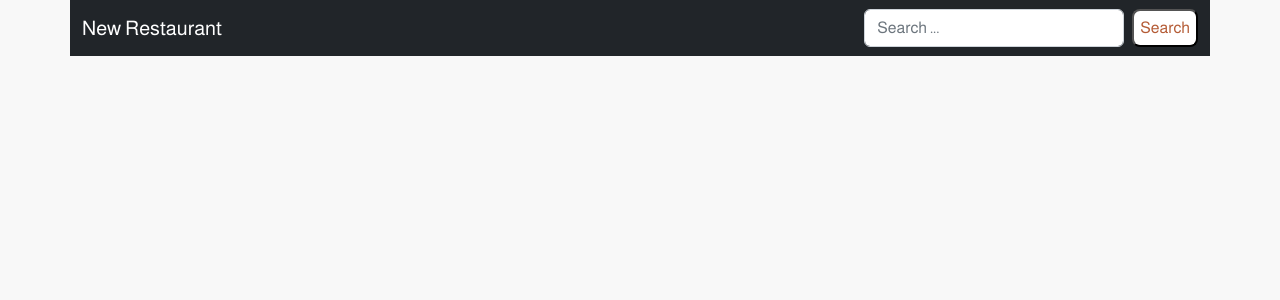
Repository: SD-Mdouka/react-table
Page: /
These files come from the project's save history. The page is drawn as it stood at one moment and after the next save; the edit follows.
The browser window is 1280 px wide. The pictures show the whole page.
The project was rebuilt for these pictures with package versions that can differ from the ones it lists, and the page was loaded fresh each time.

Above is the page before, as saved 2022-10-06 15:47:43.

### public/index.html
<!DOCTYPE html>
<html lang="en">

<head>
    <meta charset="utf-8" />
    <link rel="icon" href="%PUBLIC_URL%/favicon.ico" />
    <meta name="viewport" content="width=device-width, initial-scale=1" />
    <meta name="theme-color" content="#000000" />
    <meta name="description" content="Web site created using create-react-app" />
    <link rel="apple-touch-icon" href="%PUBLIC_URL%/logo192.png" />
    <!--
      manifest.json provides metadata used when your web app is installed on a
      user's mobile device or desktop. See https://developers.google.com/web/fundamentals/web-app-manifest/
    -->
    <link rel="manifest" href="%PUBLIC_URL%/manifest.json" />
    <link rel="preconnect" href="https://fonts.googleapis.com" />
    <link rel="preconnect" href="https://fonts.gstatic.com" crossorigin />
    <link href="https://fonts.googleapis.com/css2?family=Almarai:wght@300;400;700;800&family=Cairo:wght@300&display=swap" rel="stylesheet" />

    <link rel="stylesheet" href="https://cdn.jsdelivr.net/npm/bootstrap@5.2.0-beta1/dist/css/bootstrap.min.css" integrity="sha384-0evHe/X+R7YkIZDRvuzKMRqM+OrBnVFBL6DOitfPri4tjfHxaWutUpFmBp4vmVor" crossorigin="anonymous" />
    <title>React App</title>
</head>

<body>
    <noscript>You need to enable JavaScript to run this app.</noscript>
    <div id="root"></div>
    <!--
      This HTML file is a template.
      If you open it directly in the browser, you will see an empty page.

      You can add webfonts, meta tags, or analytics to this file.
      The build step will place the bundled scripts into the <body> tag.

      To begin the development, run `npm start` or `yarn start`.
      To create a production bundle, use `npm run build` or `yarn build`.
    -->
</body>

</html>

### src/App.tsx
import React from "react";
import { Container } from "react-bootstrap";
import "./App.css";
import NavBar from "./components/Navbar";

const App = () => {
  return (
    <div className="color-body font">

      <Container>  <NavBar /></Container>
    </div>
  );
};

export default App;

### src/App.css
.color-body {
    background-color: #f8f8f8;
    height: 100vh;
}

.font {
    font-family: "Almarai", sans-serif;
}

.title {
    color: #224f61;
    font-family: Almarai;
    font-size: 30px;
    font-weight: bold;
    letter-spacing: 0;
    line-height: 64px;
}

.underline {
    height: 1px;
    width: 200px;
    border-radius: 10px;
    border: 2px solid #b45b35;
}

.btn {
    color: black;
    font-family: Almarai;
    font-size: 18px;
    letter-spacing: 0;
    line-height: 24px;
}

.btn:hover {
    color: black;
    font-family: Almarai;
    font-size: 18px;
    font-weight: bold;
    letter-spacing: 0;
    line-height: 24px;
    border-radius: 11px;
    border: none;
    background-color: #b45b35;
}

.img-item {
    height: 180px;
    width: 252px;
    border-radius: 5px;
}

.item-description {
    color: #8c8c8c;
    font-family: Almarai;
    font-size: 16px;
    letter-spacing: 0;
    line-height: 20px;
}

.item-title {
    color: #555555;
    font-family: Almarai;
    font-size: 16px;
    font-weight: bold;
    letter-spacing: 0;
    line-height: 20px;
}

.card-color {
    background-color: #f8f8f8;
}

.item-price {
    color: #b45b35;
    font-family: Almarai;
    font-size: 16px;
    font-weight: bold;
    letter-spacing: 0;
    line-height: 20px;
}

.btn-search {
    color: #b45b35;
    border-radius: 3px solid #b45b35;
    border-radius: 8px;
    background-color: white;
}

.btn-search:hover {
    color: white;
    border-radius: 3px solid white;
    background-color: #b45b35;
    border-radius: 8px;
}

.brand-color {
    color: #b45b35;
}

### src/components/Navbar.js
import React from "react";
import { Container, Navbar, Row, Nav, Form, Button } from "react-bootstrap";

const NavBar = () => {
  return (
    <Row>
      <Navbar bg="dark" expand="lg" variant="dark">
        <Container>
          <Navbar.Brand href="#">New Restaurant</Navbar.Brand>
          <Navbar.Toggle aria-controls="navbarScroll" />
          <Navbar.Collapse id="navbarScroll">
            <Nav
              className="me-auto my-2 my-lg-0"
              style={{ maxHeight: "100px" }}
              navbarScroll
            ></Nav>
            <Form className="d-flex">
              <Form.Control
                type="text"
                placeholder="Search ..."
                className="mx-2"
              />
              <button className="btn-search">Search</button>
            </Form>
          </Navbar.Collapse>
        </Container>
      </Navbar>
    </Row>
  );
};

export default NavBar;

Loaded but not shown: src/index.tsx (common file); src/index.css (common file); src/reportWebVitals.ts (common file)

After the next save:
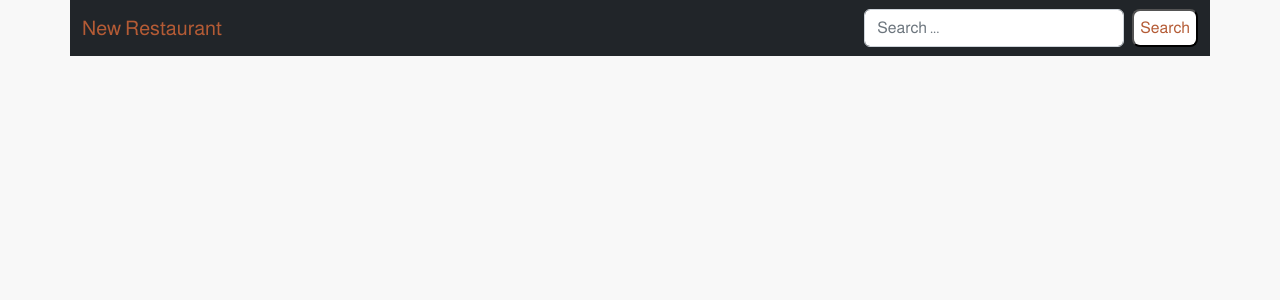
Saved 110 s later.
--- a/src/components/Navbar.js
+++ b/src/components/Navbar.js
@@ -6,7 +6,9 @@ const NavBar = () => {
     <Row>
       <Navbar bg="dark" expand="lg" variant="dark">
         <Container>
-          <Navbar.Brand href="#">New Restaurant</Navbar.Brand>
+          <Navbar.Brand href="#">
+            <div className="brand-color">New Restaurant</div>
+          </Navbar.Brand>
           <Navbar.Toggle aria-controls="navbarScroll" />
           <Navbar.Collapse id="navbarScroll">
             <Nav
